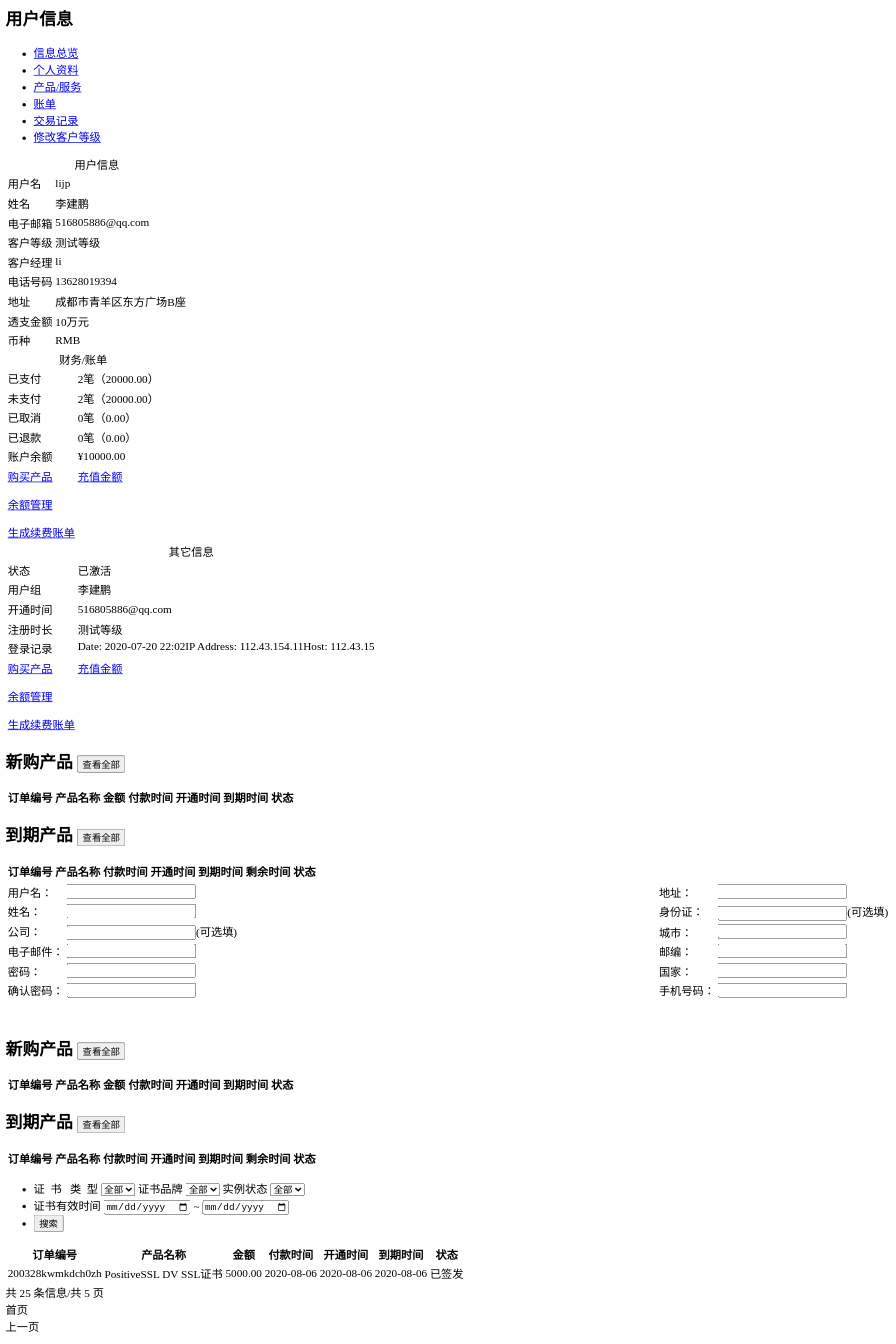
Repository: wangyan466393/racentSystem
Page: customerData.html
These files come from the project's save history. The page is drawn as it stood at one moment and after the next save; the edit follows.
The browser window is 1280 px wide. The pictures show the part of the page from y = 0 to 1920 px (the page is 3519 px tall before and 3411 px after), at 70% of full size.

Above is the page before, as saved 2020-08-13 18:12:39.

After the next save:
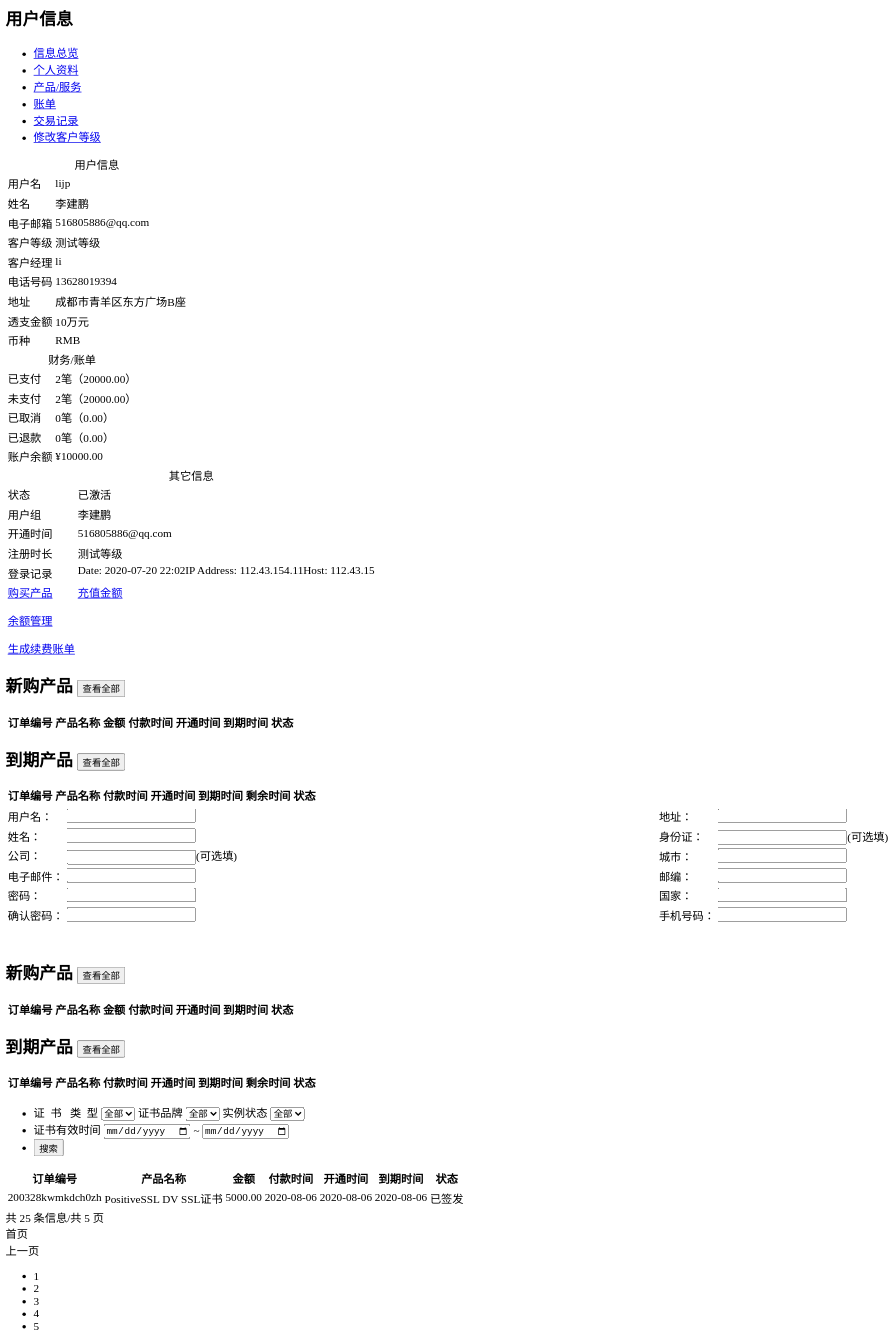
Saved 34 s later.
--- a/customerData.html
+++ b/customerData.html
@@ -78,30 +78,6 @@
                             <tr>
                                 <td>账户余额</td>
                                 <td>¥10000.00</td>
-                            </tr>
-                            <tr>
-                                <td rowspan="4" valign="top">
-                                    <p class="shopp">
-                                        <a href="#">购买产品</a>
-                                    </p>
-                                    <p class="remaining">
-                                        <a href="#">余额管理</a>
-                                    </p>
-                                    <p class="renew">
-                                        <a href="#">生成续费账单</a>
-                                    </p>
-                                </td>
-                                <td rowspan="4" valign="top">
-                                    <p class="pay">
-                                        <a href="#">充值金额</a>
-                                    </p>
-                                </td>
-                            </tr>
-                            <tr>
-                            </tr>
-                            <tr>
-                            </tr>
-                            <tr>
                             </tr>
                         </tbody>
                     </table>
